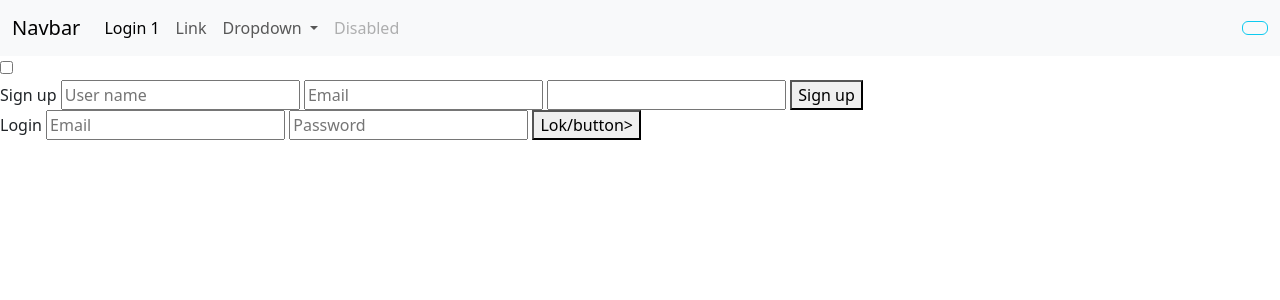
Repository: VictoriousMango/IBM-AI-Track
Page: http://localhost/Login1
These files come from the project's save history. The page is drawn as it stood at one moment and after the next save; the edit follows.
The browser window is 1280 px wide. The pictures show the whole page.
The page is served by the project's application, run on Flask 3 (app.py).

Above is the page before, as saved 2023-07-18 11:45:44.

After the next save:
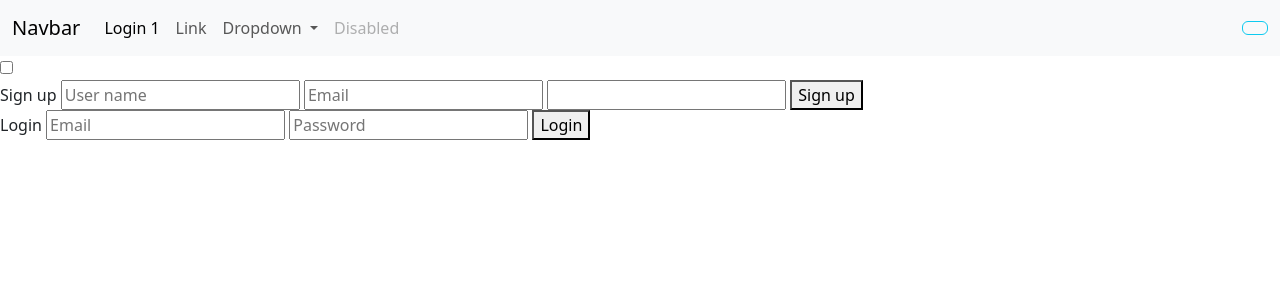
Saved 42 s later.
--- a/templates/Login1.html
+++ b/templates/Login1.html
@@ -16,7 +16,7 @@
         <Form> <label for="chk" aria-hidden="true"></label>Login</label>
             <input type="email" name="email" placeholder="Email" required-**>
             <input type="Password" name="pswd" placeholder="Password" required="">
-            <button>Lok/button>
+            <button>Login</button>
         </Form>
     </div>
 
